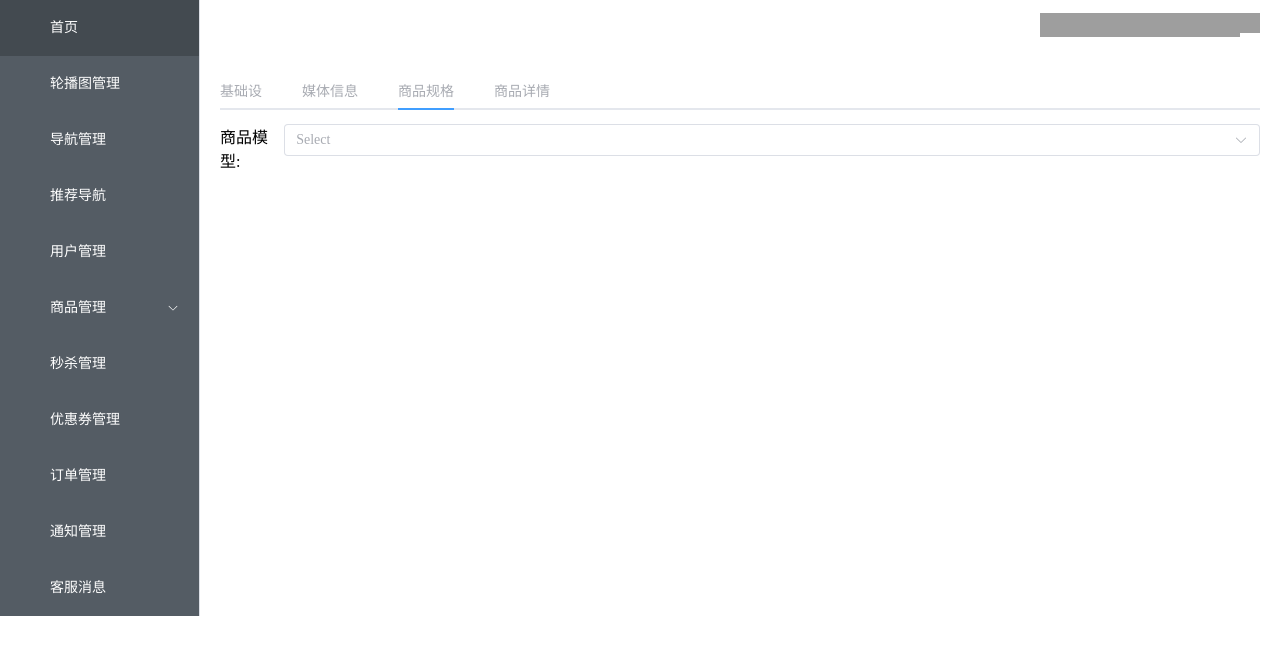
Repository: xinwuhao/CCG
Page: /addgoods
An editor plug-in stored every save of this project. The page is shown before and after the next save, followed by the edit.
The browser window is 1280 px wide. The pictures show the whole page.
Pictures or frames that could not be fetched are drawn as grey boxes. The page's requests for data from a server got no answer. The project was rebuilt for these pictures with package versions that can differ from the ones it lists, and the page was loaded fresh each time. No one was signed in, and anything a server would have sent is missing. Also part of the build but not shown: vite.config.ts.

Above is the page before, as saved 2021-09-24 15:00:43.

### src/main.ts
import { createApp } from 'vue'
import App from "./App.vue";
import router from "./router"
import ElementPlus from 'element-plus'
import 'element-plus/dist/index.css'
import * as Icons from '@element-plus/icons'
import { toLine } from './utils/index'

const app = createApp(App)

for (let i in Icons) {
    app.component(`el-icon${toLine(i)}`, (Icons as any)[i])
}

app.use(router)
app.use(ElementPlus)
app.mount('#app')

### src/App.vue
<template>
  <div>
    <router-view></router-view>
  </div>
</template>

<script setup lang="ts">
</script>

<style lang='scss'>
@import "./scssbox.scss";
</style>

### src/router/index.ts
import { createRouter, createWebHistory, RouteRecordRaw } from 'vue-router'
// import Home from '../views/homepage/homepage.vue'
import Layout from '../views/layout/Layout.vue'

const routes: Array<RouteRecordRaw> = [
  {
    path: '/login',
    name: 'Logon',
    component: () => import('../views/login/Login.vue'),
    meta: {
      title: '登录'
    }
  },
  {
    path: '/',
    component: Layout,
    // 子路由: children
    children: [
      {
        path: '/',
        name: '/',
        component: () => import('../views/homepage/homepage.vue'),
        meta: {
          title: '首页',
          meta: '/homepage'
        }
      },
      {
        path: '/discount',
        name: 'discount',
        component: () => import('../views/discount/discount.vue'),
        meta: {
          title: '优惠券管理',
          meta: '/discount'
        }
      },
      {
        path: '/navigation',
        name: 'navigation',
        component: () => import('../views/navigation/navigation.vue'),
        meta: {
          title: '导航管理',
          meta: '/navigation'
        }
      },
      {
        path: '/swiper',
        name: 'swiper',
        component: () => import('../views/swiper/swiper.vue'),
        meta: {
          title: '轮播图管理',
          meta: '/swiper'
        }
      },
      {
        path: '/recommend',
        name: 'recommend',
        component: () => import('../views/recommend/recommend.vue'),
        meta: {
          title: '推荐导航',
          meta: '/recommend'
        }
      },
      {
        path: '/user',
        name: 'user',
        component: () => import('../views/user/user.vue'),
        meta: {
          title: '用户管理',
          meta: '/user'
        }
      },
      {
        path: '/addgoods',
        name: 'addgoods',
        component: () => import('../views/goods/addgoods.vue'),
        meta: {
          title: '添加商品',
          meta: '/addgoods'
        }
      },
      {
        path: '/sortgoods',
        name: 'sortgoods',
        component: () => import('../views/goods/sortgoods.vue'),
        meta: {
          title: '商品分类',
          meta: '/sortgoods'
        }
      },
      {
        path: '/modelgoods',
        name: 'modelgoods',
        component: () => import('../views/goods/modelgoods.vue'),
        meta: {
          title: '商品模型',
          meta: '/modelgoods'
        }
      },
      {
        path: '/specsgoods',
        name: 'specsgoods',
        component: () => import('../views/goods/specsgoods.vue'),
        meta: {
          title: '商品规格',
          meta: '/specsgoods'
        }
      },
      {
        path: '/parametergoods',
        name: 'parametergoods',
        component: () => import('../views/goods/parametergoods.vue'),
        meta: {
          title: '商品参数',
          meta: '/parametergoods'
        }
      },
      {
        path: '/specifications',
        name: 'specifications',
        component: () => import('../views/goods/specifications.vue'),
        meta: {
          title: '规格参数',
          meta: '/specifications'
        }
      },
      {
        path: '/seckill',
        name: 'seckill',
        component: () => import('../views/seckill/seckill.vue'),
        meta: {
          title: '秒杀管理',
          meta: '/seckill'
        }
      },
      {
        path: '/order',
        name: 'order',
        component: () => import('../views/order/order.vue'),
        meta: {
          title: '订单管理',
          meta: '/order'
        }
      },
      {
        path: '/notice',
        name: 'notice',
        component: () => import('../views/notice/notice.vue'),
        meta: {
          title: '通知管理',
          meta: '/notice'
        }
      },
      {
        path: '/news',
        name: 'news',
        component: () => import('../views/news/news.vue'),
        meta: {
          title: '客服消息',
          meta: '/news'
        }
      },
    ]
  }
]

const router = createRouter({
  history: createWebHistory(),
  routes
})

router.beforeEach((to, from, next) => {
  document.title = to.meta.title as string
  next()
})

export default router

### src/utils/index.ts
export const toLine = (str: string) => {
  return str.replace(/([A-Z])/g, "-$1").toLowerCase()
}

### src/scssbox.scss
* {
    margin: 0;
    padding: 0;
}

html,
body,
#app,
.el-container,
.el-menu {
    height: 100%;
}

### src/views/layout/Layout.vue
<template>
  <el-container>
    <el-aside width="auto">
      <nav-left :isCollapse='isCollapse'></nav-left>
    </el-aside>
    <el-container>
     <el-header>
        <nav-header v-model:isCollapse='isCollapse'></nav-header>
     </el-header>
      <el-main>
        <router-view></router-view>
      </el-main>
    </el-container>
  </el-container>
</template>

<script setup lang="ts">
import { ref, reactive } from 'vue'
import NavHeader from  '../../components/navHeader/NavHeader.vue'
import NavLeft from  '../../components/navLeft/NavLeft.vue'

interface Data {
  name: string,
  age: number
}

let isCollapse = ref<boolean>(false)
let data = reactive<Data>({
  name: 'jack',
  age: 20
})
</script>

<style scoped lang="scss">
.el-header {
  height: 50px;
  padding: 0;
}
</style>

### src/views/goods/addgoods.vue
<template>
  <div>
    <div v-if="judge == 0">
      <div class="searchBox">
        <el-input
          placeholder="请输入内容"
          v-model="input"
          clearable
          class="inputBox"
        >
        </el-input>
        <el-button icon="el-icon-search" @click="obtain"></el-button>
        <el-button type="primary" @click="ON">添加商品</el-button>
      </div>
      <!-- 表格 -->
      <div style="margin-top: 20px">
        <el-table :data="tableData" border style="width: 100%">
          <el-table-column label="#" type="index" width="50"> </el-table-column>
          <el-table-column prop="content" label="商品名称"> </el-table-column>
          <el-table-column prop="content" label="商品原价"> </el-table-column>
          <el-table-column prop="content" label="商品现价"> </el-table-column>
          <el-table-column prop="content" label="商品库存"> </el-table-column>
          <el-table-column label="是否新品">
            <template #default="scope">
              <div>
                {{ scope.row.isShow == true ? "是" : "否" }}
              </div>
            </template>
          </el-table-column>
          <el-table-column label="是否热卖">
            <template #default="scope">
              <div>
                {{ scope.row.isShow == true ? "是" : "否" }}
              </div>
            </template>
          </el-table-column>
          <el-table-column label="是否推荐">
            <template #default="scope">
              <div>
                {{ scope.row.isShow == true ? "是" : "否" }}
              </div>
            </template>
          </el-table-column>
          <el-table-column fixed="right" label="上下架">
            <template #default="scope">
              <el-switch
                v-model="scope.row.isShow"
                active-color="#1E90FF"
                inactive-color="#ff4949"
                @change="chen(scope.row)"
              >
              </el-switch>
            </template>
          </el-table-column>
          <el-table-column fixed="right" label="操作">
            <template #default="scope">
              <el-button @click="reduce(scope.row)" type="text" size="small"
                >删除</el-button
              >
              <el-button type="text" size="small" @click="alter(scope.row)"
                >编辑</el-button
              >
            </template>
          </el-table-column>
        </el-table>
      </div>
    </div>

    <!-- 添加商品弹出层 -->
    <div v-if="judge !== 0">
      <el-tabs v-model="judge">
        <el-tab-pane label="基础设" name="1" disabled>
          <el-form :model="swiper" ref="ruleForm" class="demo-ruleForm">
            <el-form-item label="商品名称:" prop="name">
              <el-input v-model="swiper.name" class="inpud"></el-input>
            </el-form-item>
            <el-form-item label="商品分类:" prop="category">
              <el-select
                v-model="swiper.category"
                placeholder="Select"
                style="width: 100%"
              >
                <el-option-group
                  v-for="group in options"
                  :key="group.name"
                  :label="group.name"
                >
                  <el-option
                    v-for="item in group.list"
                    :key="item.name"
                    :label="item.name"
                    :value="item._id"
                  >
                  </el-option>
                </el-option-group>
              </el-select>
            </el-form-item>
            <el-form-item label="商品原价:" prop="originalPrice">
              <el-input v-model="swiper.originalPrice" class="inpud"></el-input>
            </el-form-item>
            <el-form-item label="商品现价:" prop="presentPrice">
              <el-input v-model="swiper.presentPrice" class="inpud"></el-input>
            </el-form-item>
            <el-form-item label="封面图:" prop="cover">
              <el-upload
                class="upload-demo"
                action="http://localhost:1001/admin/upload"
                :headers="abc"
                :on-success="upimg"
                list-type="picture"
                :file-list="fileList"
              >
                <div class="blueFont">点击上传图片</div>
              </el-upload>
            </el-form-item>
            <el-form-item label="商品单位:" prop="company">
              <el-input v-model="swiper.company" class="inpud"></el-input>
            </el-form-item>
            <el-form-item label="商品库存" prop="stock">
              <el-input v-model="swiper.stock" class="inpud"></el-input>
            </el-form-item>
            <el-form-item label="商品简介" prop="introduction">
              <el-input
                v-model="swiper.introduction"
                :rows="2"
                type="textarea"
                placeholder="请输入商品简介"
              />
            </el-form-item>
            <el-form-item label="推荐介绍" prop="sellDesc">
              <el-input
                v-model="swiper.sellDesc"
                :rows="4"
                type="textarea"
                placeholder="请输入推荐介绍"
              />
            </el-form-item>

            <el-form-item label="是否新品" prop="isNewGood">
              <el-switch
                v-model="swiper.isNewGood"
                active-color="#13ce66"
                inactive-color="#ff4949"
                @change="chen"
              >
              </el-switch>
            </el-form-item>
            <el-form-item label="是否热销" prop="isHot">
              <el-switch
                v-model="swiper.isHot"
                active-color="#13ce66"
                inactive-color="#ff4949"
                @change="chen"
              >
              </el-switch>
            </el-form-item>
            <el-form-item label="是否推荐" prop="isRecommend">
              <el-switch
                v-model="swiper.isRecommend"
                active-color="#13ce66"
                inactive-color="#ff4949"
                @change="chen"
              >
              </el-switch>
            </el-form-item>
          </el-form>
          <div>
            <el-button @click="judge = '0'">取消</el-button>
            <el-button type="primary" @click="confirm">确定</el-button>
          </div>
        </el-tab-pane>

        <el-tab-pane label="媒体信息" name="2" disabled>
          <el-upload
            action="http://localhost:1001/admin/upload"
            :headers="abc"
            list-type="picture-card"
            :on-preview="handlePictureCardPreview"
            :on-success="handleRemove"
          >
            <i class="el-icon-plus"></i>
          </el-upload>
          <el-dialog v-model="dialogVisible">
            <div class="zebox">
              <img :src="img" class="imgbox" />
            </div>
          </el-dialog>
          <div>
            <el-button @click="judge = '1'">取消</el-button>
            <el-button type="primary" @click="confirm1">确定</el-button>
          </div>
        </el-tab-pane>

        <el-tab-pane label="商品规格" name="3" disabled>
          <div style="display: flex">
            <div>商品模型:</div>
            <el-select
              v-model="swiper.category"
              placeholder="Select"
              style="width: 100%"
            >
              <el-option-group
                v-for="group in options"
                :key="group.name"
                :label="group.name"
              >
                <el-option
                  v-for="item in group.list"
                  :key="item.name"
                  :label="item.name"
                  :value="item._id"
                >
                </el-option>
              </el-option-group>
            </el-select>
          </div>
        </el-tab-pane>
        <el-tab-pane label="商品详情" name="4" disabled>Task</el-tab-pane>
      </el-tabs>
    </div>
  </div>
</template>

<script setup lang="ts">
import { ref, onMounted } from "vue";
import api from "../../http/aip";
import { ElMessage } from "element-plus";

// 输入框
let input = ref<any>("");
//切换层
let judge = ref<string>("3");
//上传图片token
let abc = { Authorization: localStorage.getItem("token") };
//接受图片路径
let fileList = ref<any>([]);
// 下拉
let options = ref<any>([]);
//表格数据
let tableData = ref<any>([]);
//表单
let swiper = ref<any>({
  name: "",
  category: "",
  cover: "",
  isHot: true,
  isRecommend: true,
  originalPrice: "",
  presentPrice: "",
  introduction: "",
  company: "",
  stock: "",
  isNewGood: true,
  sellDesc: "",
});
//表单确定键
let confirm = () => {
  judge.value = "2";
};
//媒体
let img = ref<string>("");
let dialogVisible = ref<boolean>(false);
let handleRemove = (e: any) => {
  img.value = e.data;
};
let confirm1 = () => {
  judge.value = "3";
};
let handlePictureCardPreview = (file: any) => {
  dialogVisible.value = true;
};
//添加按钮
let ON = () => {
  judge.value = "1";
};
//上传图片请求成功
let upimg = (file: any) => {
  swiper.value.cover = file.data;
};
// 获取分类
let sort = () => {
  api
    .getCategory("")
    .then((res: any) => {
      if (res.code == 200) {
        options.value = res.data;
      }
    })
    .catch((err: any) => {
      console.log(err);
    });
};
//删除
let reduce = (e: any) => {
  api
    .delNotice(e._id)
    .then((res: any) => {
      if (res.code == 200) {
        ElMessage.success({
          message: `${res.msg}`,
          type: "success",
        });
        obtain();
      } else ElMessage.error(`${res.msg}`);
    })
    .catch((err: any) => {
      console.log(err);
    });
};
//显示
let chen = (e: any) => {
  api
    .showNotice({
      id: e._id,
      isShow: e.isShow,
    })
    .then((res: any) => {
      if (res.code == 200) {
        ElMessage.success({
          message: `${res.msg}`,
          type: "success",
        });
        obtain();
      } else ElMessage.error(`${res.msg}`);
    })
    .catch((err: any) => {
      console.log(err);
    });
};
let current = ref<number>(1);
let pageSize = ref<number>(10);
//获取数据
let obtain = () => {
  api
    .getNotice({
      current: current.value,
      pageSize: pageSize.value,
      query: input.value,
    })
    .then((res: any) => {
      if (res.code == 200) {
        tableData.value = res.data;
      }
    })
    .catch((err: any) => {
      console.log(err);
    });
};
onMounted(() => {
  obtain();
  sort();
});
</script>

<style scoped>
.searchBox {
  display: flex;
}
.inputBox {
  width: 300px;
}
.blueFont {
  color: #1e90ff;
}
.imgBox {
  width: 100px;
  height: 100px;
}
.imgbox {
  width: 500px;
  height: 500px;
}
.zebox {
  width: 100%;
  height: 100%;
  display: flex;
  justify-content: center;
  align-items: center;
}
</style>

### src/components/navHeader/NavHeader.vue
<template>
  <div class="header">
    <div @click="toggle" class="cent">
      <el-icon-expand v-if="isCollapse"></el-icon-expand>
      <el-icon-fold v-else></el-icon-fold>
      <div class="cenn">
        <iframe
          width="200"
          height="24"
          frameborder="0"
          scrolling="no"
          hspace="0"
          src="https://i.tianqi.com/?c=code&id=11"
        ></iframe>
        <div>
          <img
            src="https://img0.baidu.com/it/u=3730772664,138405132&fm=26&fmt=auto"
            class="img"
          />
        </div>
      </div>
    </div>
  </div>
</template>

<script lang='ts' setup>
import { ref } from "vue";
import { Fold, Expand } from "@element-plus/icons";

let props = defineProps({
  isCollapse: {
    type: Boolean,
    default: false,
  },
});
let emits = defineEmits(["update:isCollapse"]);
let toggle = () => {
  emits("update:isCollapse", !props.isCollapse);
};
</script>

<style lang='scss' scoped>
svg {
  width: 20px;
  height: 20px;
}
.header {
  height: 50px;
  display: flex;
  align-items: center;
  padding: 0 20px;
}
.cent {
  display: flex;
  width: 100%;
}
.cenn {
  display: flex;
  justify-content: flex-end;
  width: 100%;
}
.img {
  width: 20px;
  height: 20px;
}
</style>

### src/components/navLeft/NavLeft.vue
<template>
  <el-menu
    :uniqueOpened="true"
    default-active="1"
    class="el-menu"
    background-color="#545c64"
    text-color="#fff"
    active-text-color="#ffd04b"
    :collapse="isCollapse"
    :router="true"
  >
    <template v-for="(item, index) in arr" :key="index">
      <el-menu-item :index="item.path" v-if="item.name !== '商品管理'">
        <component :is="item.i" class="iconbox"></component>
        <template #title>{{ item.name }}</template>
      </el-menu-item>
      <el-sub-menu :index="item.path" v-else>
        <template #title>
          <component :is="item.i" class="iconbox"></component>
          <span>{{ item.name }}</span>
        </template>
        <template v-for="(item1, index1) in arr1" :key="index1">
          <el-menu-item :index="item1.path">
            <component :is="item1.i" class="iconbox"></component>
            <span> {{ item1.name }}</span>
          </el-menu-item>
        </template>
      </el-sub-menu>
    </template>
  </el-menu>
</template>

<script lang='ts' setup>
import { ref } from "vue";
let arr = ref<any>([
  { name: "首页", i: "el-icon-house", path: "/" },
  { name: "轮播图管理", i: "el-icon-help", path: "/swiper" },
  { name: "导航管理", i: "el-icon-data-line", path: "/navigation" },
  { name: "推荐导航", i: "el-icon-document-copy", path: "/recommend" },
  { name: "用户管理", i: "el-icon-user", path: "/user" },
  { name: "商品管理", i: "el-icon-paperclip", path: "" },
  { name: "秒杀管理", i: "el-icon-reading", path: "/seckill" },
  { name: "优惠券管理", i: "el-icon-coin", path: "/discount" },
  { name: "订单管理", i: "el-icon-set-up", path: "/order" },
  { name: "通知管理", i: "el-icon-microphone", path: "/notice" },
  { name: "客服消息", i: "el-icon-chat-line-round", path: "/news" },
]);
let arr1 = ref<any>([
  { name: "添加商品", i: "el-icon-document-add", path: "/addgoods" },
  { name: "商品分类", i: "el-icon-tickets", path: "/sortgoods" },
  { name: "商品模型", i: "el-icon-set-up", path: "/modelgoods" },
  { name: "商品规格", i: "el-icon-position", path: "/specsgoods" },
  { name: "商品参数", i: "el-icon-cpu", path: "/parametergoods" },
  { name: "规格参数", i: "el-icon-takeaway-box", path: "/specifications" },
]);
let props = defineProps({
  isCollapse: {
    type: Boolean,
    default: false,
  },
});
</script>

<style lang='scss' scoped>
.el-menu:not(.el-menu--collapse) {
  width: 200px;
}
.iconbox {
  width: 20px;
  height: 20px;
  margin-right: 10px;
}
</style>

### src/http/index.ts
import axios, { AxiosError, AxiosRequestConfig, AxiosResponse } from 'axios'


const http = axios.create({
   baseURL: 'http://localhost:1001',
   timeout: 10000
})


http.interceptors.request.use((config: AxiosRequestConfig) => {
   let token = localStorage.getItem('token')
   if (token) {
      config.headers['Authorization'] = token
   }
   return config
}, (err: AxiosError) => {
   return Promise.reject(err)
})


http.interceptors.response.use((res: any) => {
   return res.data
}, (err: AxiosError) => {
   let status: number = err.response! && err.response!.status
   if (status === 401) {

   }
   if (status === 400) {

   }
   if (status === 403) {

   }
   if (status === 404) {

   }
   if (status === 500) {

   }
   if (status === 503) {

   }
   return Promise.reject(err)
})


export default http

Loaded but not shown: index.html (common file); src/http/aip.ts (465 lines, source omitted)

After the next save:
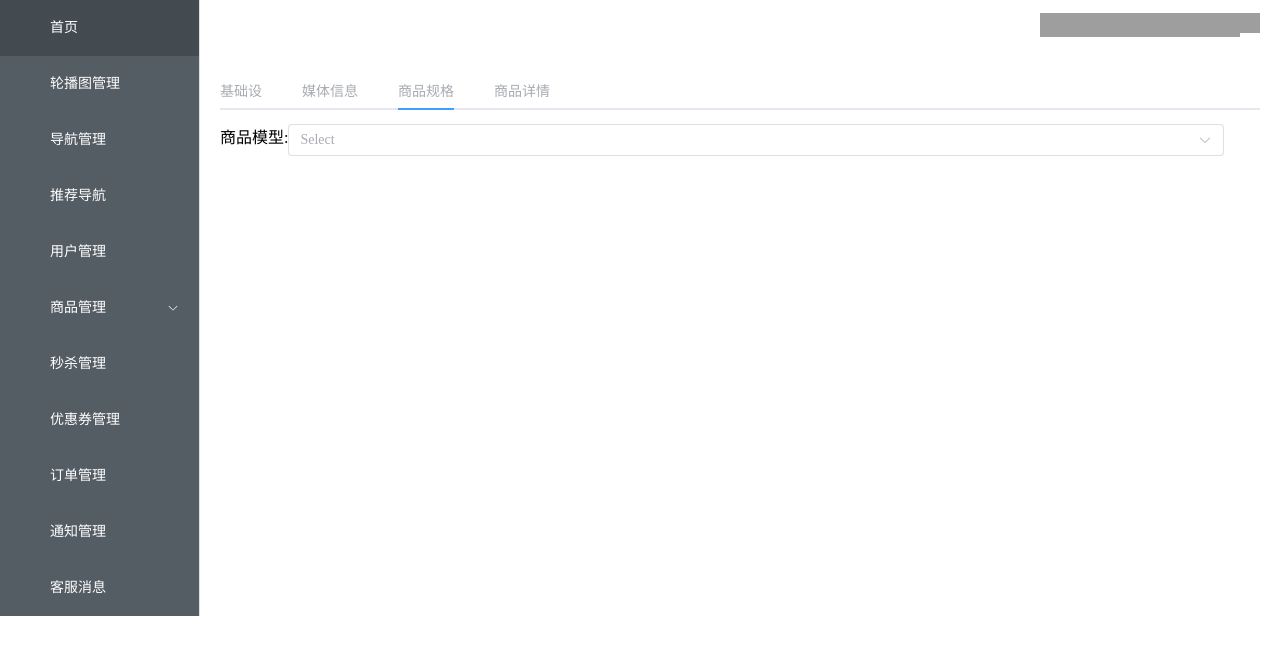
Saved 23 s later.
--- a/src/views/goods/addgoods.vue
+++ b/src/views/goods/addgoods.vue
@@ -197,7 +197,7 @@
             <el-select
               v-model="swiper.category"
               placeholder="Select"
-              style="width: 100%"
+              style="width: 90%"
             >
               <el-option-group
                 v-for="group in options"
